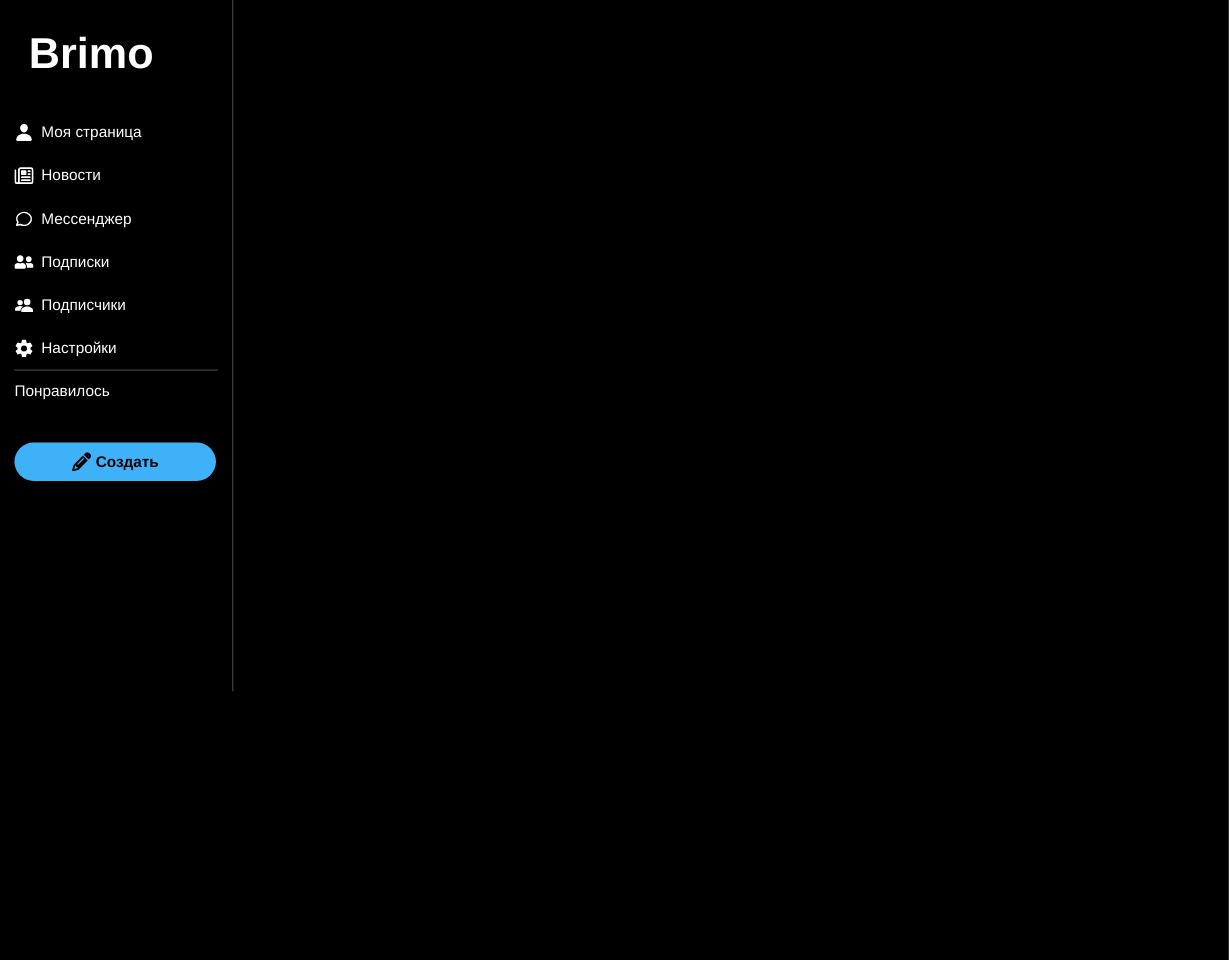
Repository: MaksimKrupkin/socialNetwork
Page: / (app in frontend/socialNetworkFrontend/)
These files come from the project's save history. The page is drawn as it stood at one moment and after the next save; the edit follows.
The browser window is 1280 px wide. The pictures show the whole page, at 96% of full size.
The project was rebuilt for these pictures with package versions that can differ from the ones it lists, and the page was loaded fresh each time. Also part of the build but not shown: frontend/socialNetworkFrontend/vite.config.js, frontend/socialNetworkFrontend/src/index.css.

Above is the page before, as saved 2024-11-27 20:29:14.

### frontend/socialNetworkFrontend/index.html
<!DOCTYPE html>
<html lang="en">
  <head>
    <meta charset="UTF-8" />
    <link rel="icon" type="image/svg+xml" href="/vite.svg" />
    <meta name="viewport" content="width=device-width, initial-scale=1.0" />
    <title>Brimo</title>
  </head>
  <body>
    <div id="root"></div>
    <script type="module" src="/src/main.jsx"></script>
  </body>
</html>

### frontend/socialNetworkFrontend/src/App.jsx
import './App.css';
import { Routes, Route } from 'react-router-dom';
import MainPage from './Pages/MainPage/MainPage';

function App() {
  return (
    <div>
      <Routes>
        <Route path="/" element={<MainPage />} />
      </Routes>
    </div>
  );
}

export default App;

### frontend/socialNetworkFrontend/src/Pages/MainPage/MainPage.jsx
import React from 'react';
import styles from './MainPage.module.scss';
import Navigation from '../../Components/Navigation/Navigation';

function MainPage() {
  return (
    <div className={styles.wrapper}>
      <Navigation />
    </div>
  );
}
export default MainPage;

### frontend/socialNetworkFrontend/src/Pages/MainPage/MainPage.module.scss
.wrapper {
  margin: 0 auto;
  background-color: black;
  width: 100%;
  height: 1000px;
  color: white;
  font-weight: 700;
  font-family: 'Favorit Modern', 'Helvetica Neue', 'HelveticaNeue', Arial, Helvetica, sans-serif;
}

### frontend/socialNetworkFrontend/src/Components/Navigation/Navigation.jsx
import React from 'react';
import styles from './Navigation.module.scss';
import { FaRegNewspaper } from 'react-icons/fa6';
import { TbMessageCircle } from 'react-icons/tb';
import { IoPerson } from 'react-icons/io5';
import { FaUserFriends } from 'react-icons/fa';
import { IoPeopleSharp } from 'react-icons/io5';
import { IoSettingsSharp } from 'react-icons/io5';
import { FaPencil } from 'react-icons/fa6';

const Navigation = () => {
  return (
    <div className={styles.wrapper}>
      <header className={styles.header}>
        <div className={styles.logo}>Brimo</div>
      </header>
      <div className={styles.item}>
        <IoPerson fontSize={20} />
        <span className={styles.text}>Моя страница</span>
      </div>
      <div className={styles.item}>
        <FaRegNewspaper fontSize={20} />
        <span className={styles.text}>Новости</span>
      </div>
      <div className={styles.item}>
        <TbMessageCircle fontSize={20} />
        <span className={styles.text}>Мессенджер</span>
      </div>
      <div className={styles.item}>
        <FaUserFriends fontSize={20} />
        <span className={styles.text}>Подписки</span>
      </div>
      <div className={styles.item}>
        <IoPeopleSharp fontSize={20} />
        <span className={styles.text}>Подписчики</span>
      </div>
      <div className={styles.item}>
        <IoSettingsSharp fontSize={20} />
        <span className={styles.text}>Настройки</span>
      </div>
      <hr className={styles.line} />
      <div className={styles.item}>
        <span className={styles.text}>Понравилось</span>
      </div>
      <div className={styles.create_new}>
        <FaPencil style={{ color: 'black', fontSize: '20px' }} />
        <span className={styles.button_text}>Создать</span>
      </div>
    </div>
  );
};

export default Navigation;

### frontend/socialNetworkFrontend/src/Components/Navigation/Navigation.module.scss
.wrapper {
  width: 19%;
  height: 100vh;
  position: fixed;
  top: 0;
  left: 0;
  margin-top: 0px;
  padding: 15px;
  overflow-y: hidden;
  border-right: 0.5px solid rgb(83, 83, 90);
}
.header {
  height: 100px;
  padding: 15px;
  .logo {
    font-size: 45px;
  }
}
.item {
  height: 45px;
  display: flex;
  align-items: center;
  justify-content: flex-start;
  gap: 8px;
}
.text {
  font-size: 16px;
  font-weight: 300;
}
.item:hover {
  background-color: rgb(39, 39, 39);
}
.line {
  width: 100%;
  height: 0.5px;
  background-color: rgb(83, 83, 90);
  border: none;
}

.create_new {
  margin-top: 30px;
  width: 99%;
  height: 40px;
  background-color: rgb(63, 177, 248);
  border-radius: 25px;
  display: flex;
  justify-content: center;
  align-items: center;
  gap: 5px;
  .button_text {
    color: black;
  }
}

Loaded but not shown: frontend/socialNetworkFrontend/src/main.jsx (common file); frontend/socialNetworkFrontend/src/App.css (common file)

After the next save:
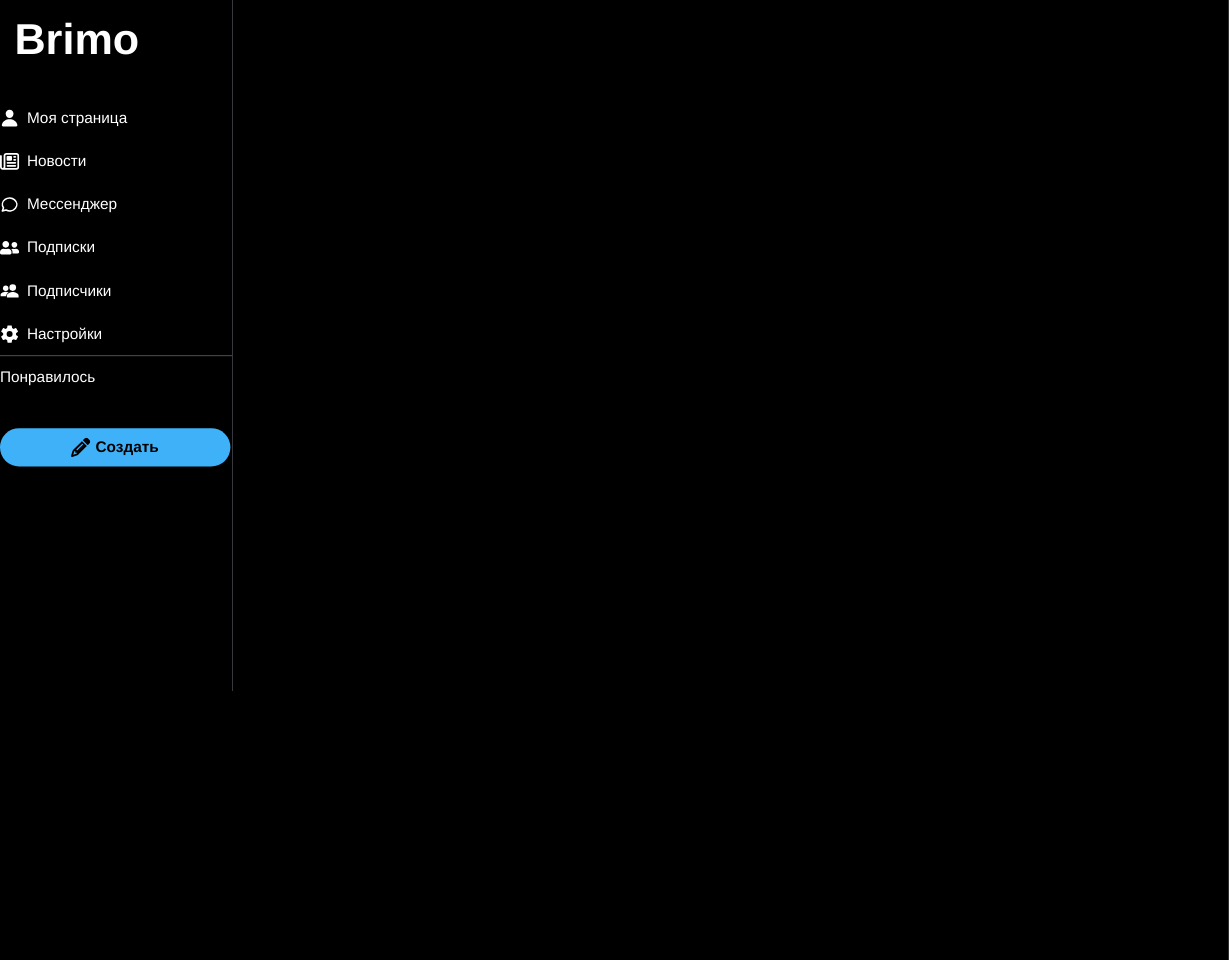
Saved 33 s later.
--- a/frontend/socialNetworkFrontend/src/Components/Navigation/Navigation.module.scss
+++ b/frontend/socialNetworkFrontend/src/Components/Navigation/Navigation.module.scss
@@ -5,7 +5,6 @@
   top: 0;
   left: 0;
   margin-top: 0px;
-  padding: 15px;
   overflow-y: hidden;
   border-right: 0.5px solid rgb(83, 83, 90);
 }
